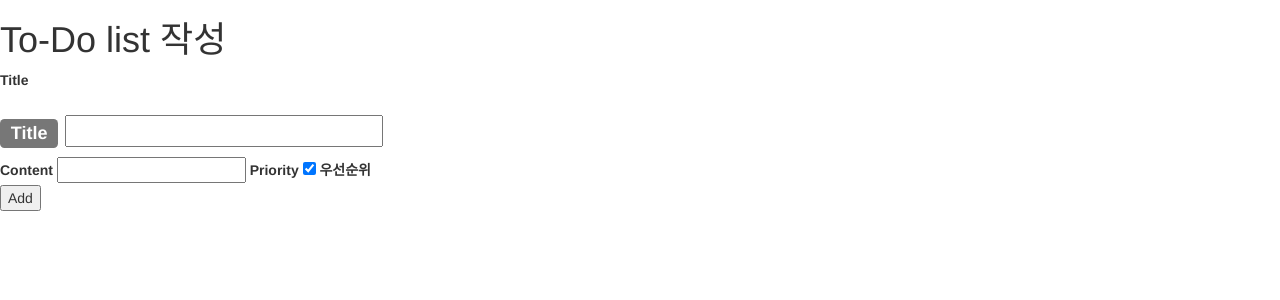
Repository: qudgns200/Toy_01_ToDoList
Page: http://localhost/ToDoList/jsp/writeForm.jsp
The author's editor kept a copy of each file at every save. The page is drawn from the files as they stood at one save, then again after a run of saves.
The browser window is 1280 px wide. The pictures show the whole page.
The page is served by Tomcat 9. Nobody is signed in. The application's start-up code is not run.

Above is the page before, as saved 2019-11-07 04:40:55.
Console error (its wording comes from the project's code and is left out).

After the next 2 saves:
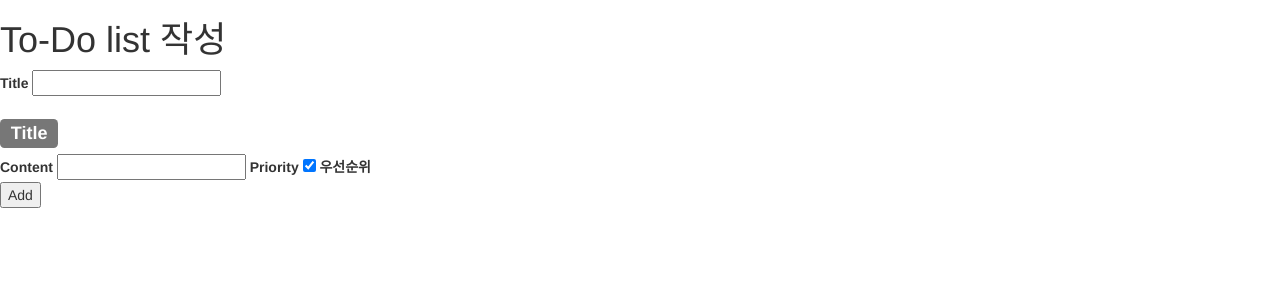
The 2 saves are shown as one change because they came seconds apart.
The last was saved 21 s later.
--- a/ToDoList/WebContent/jsp/writeForm.jsp
+++ b/ToDoList/WebContent/jsp/writeForm.jsp
@@ -17,10 +17,10 @@
 	<form method="post" action="write.do">
 		<div class="form-group">
 			<label for="title">Title</label>
+			<input type="text" name="title" id="title"/>
 		</div>
 		<h3>
-			<span class="label label-default">Title</span> <span><input
-				type="text" name="title" id="title" /></span>
+			<span class="label label-default">Title</span> <span></span>
 		</h3>
 
 		<label>Content</label> <input type="text" name="content" id="content" />
